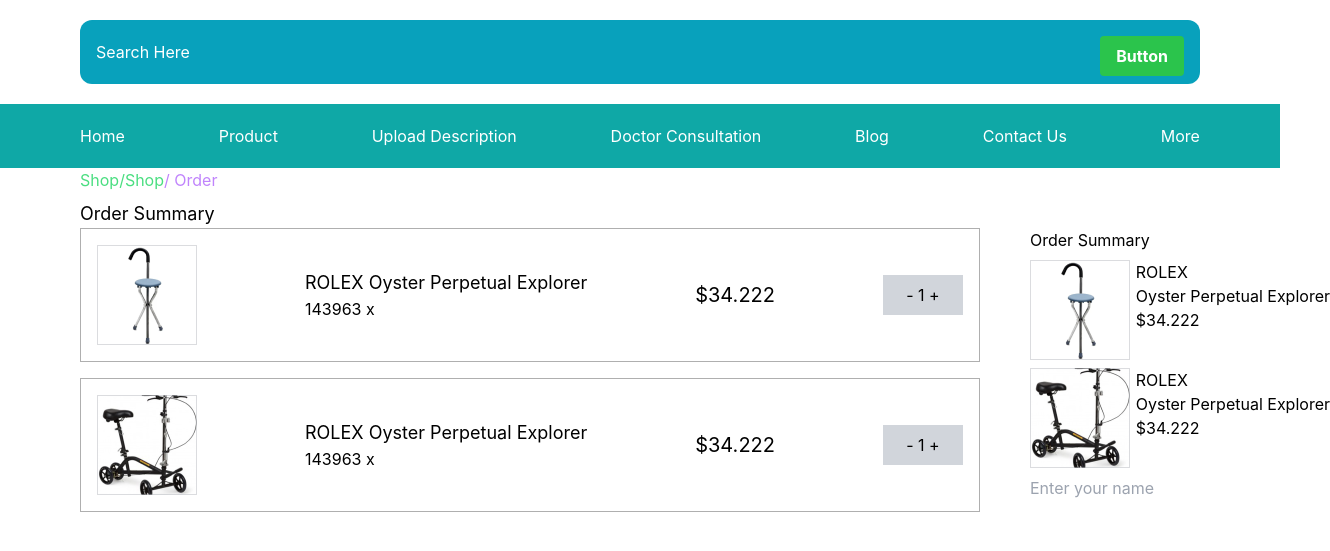
Repository: arafatmollah/pharma
Page: /
The author's editor kept a copy of each file at every save. The page is drawn from the files as they stood at one save, then again after a run of saves.
The browser window is 1280 px wide. The page is 1330 px wide, so the pictures cover 1330 px, including what lies to the right of the window. The pictures show the whole page.
The project was rebuilt for these pictures with package versions that can differ from the ones it lists, and the page was loaded fresh each time.

Above is the page before, as saved 2023-03-12 22:14:48.

After the next 2 saves:
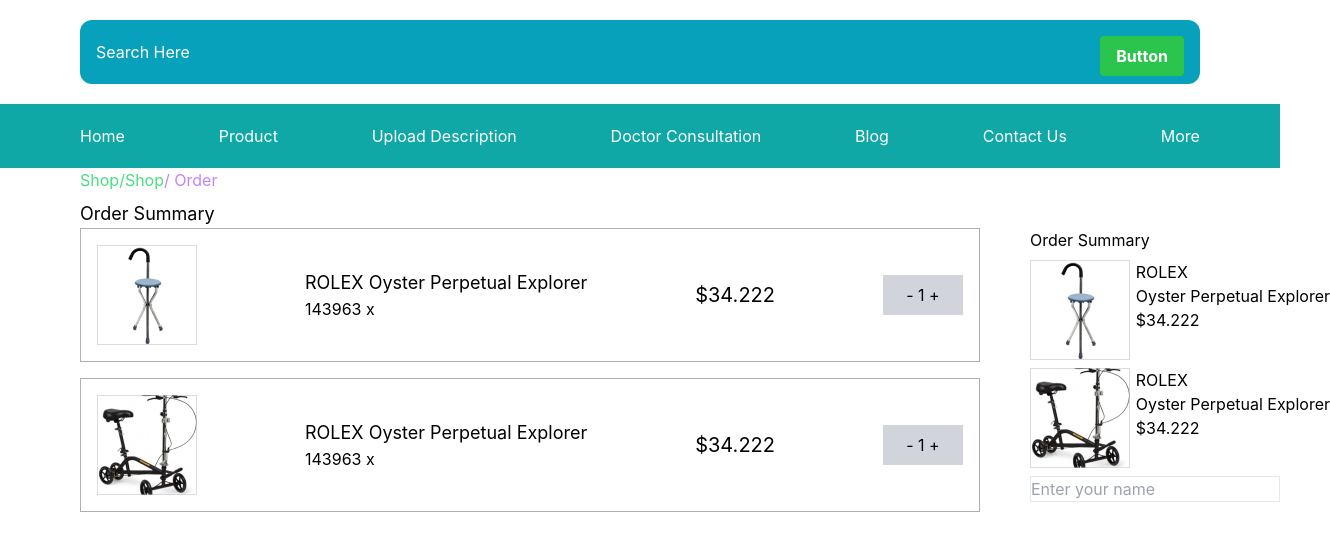
The 2 saves are shown as one change because they came seconds apart.
The last was saved 10 s later.
--- a/src/Order.js
+++ b/src/Order.js
@@ -68,7 +68,7 @@ function order() {
           </div>
           <div>
             <form>
-              <input type={Text} className="" placeholder="Enter your name"></input>
+              <input type={Text} className="border" placeholder="Enter your name"></input>
             </form>
           </div>
         </div>

After the save that followed:
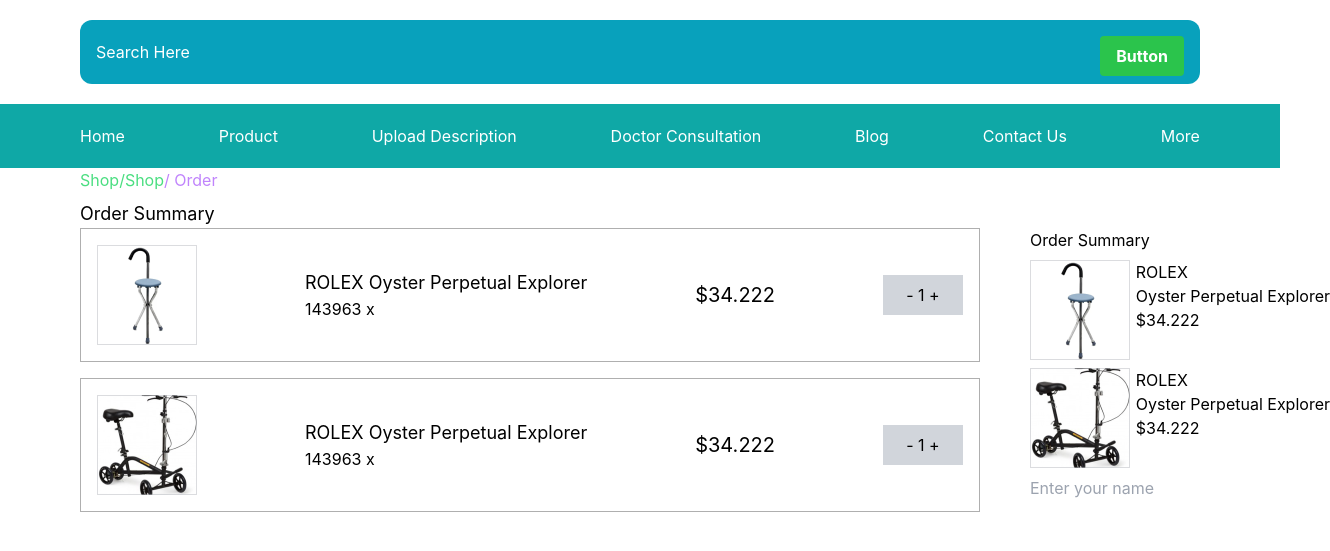
Saved 4 s later.
--- a/src/Order.js
+++ b/src/Order.js
@@ -68,7 +68,7 @@ function order() {
           </div>
           <div>
             <form>
-              <input type={Text} className="border" placeholder="Enter your name"></input>
+              <input type={Text} className="border-box" placeholder="Enter your name"></input>
             </form>
           </div>
         </div>
